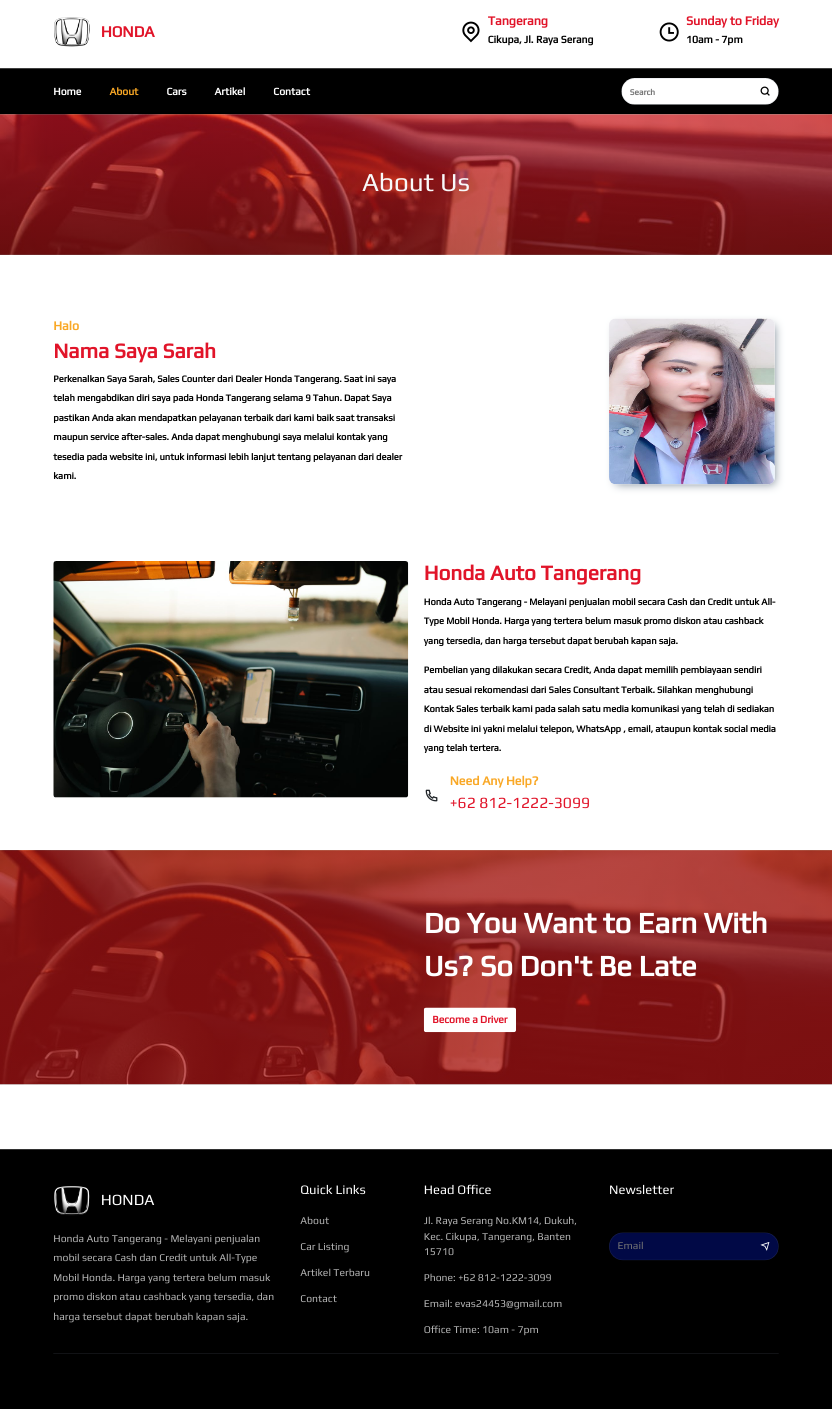
Repository: stevenxylver/Honda
Page: /about
An editor plug-in stored every save of this project. The page is shown before and after the next save, followed by the edit.
The browser window is 1280 px wide. The pictures show the whole page, at 65% of full size.
Pictures or frames that could not be fetched are drawn as grey boxes. The project was rebuilt for these pictures with package versions that can differ from the ones it lists, and the page was loaded fresh each time. Also part of the build but not shown: src/styles/hero-slider.css, src/components/UI/HeroSlider.jsx, src/components/UI/FindCarForm.jsx, src/styles/services-list.css, src/assets/data/serviceData.js, src/components/UI/ServicesList.jsx, src/components/UI/Example.jsx, src/assets/data/carData.js and 22 more.

Above is the page before, as saved 2022-11-20 14:25:01.

After the next save:
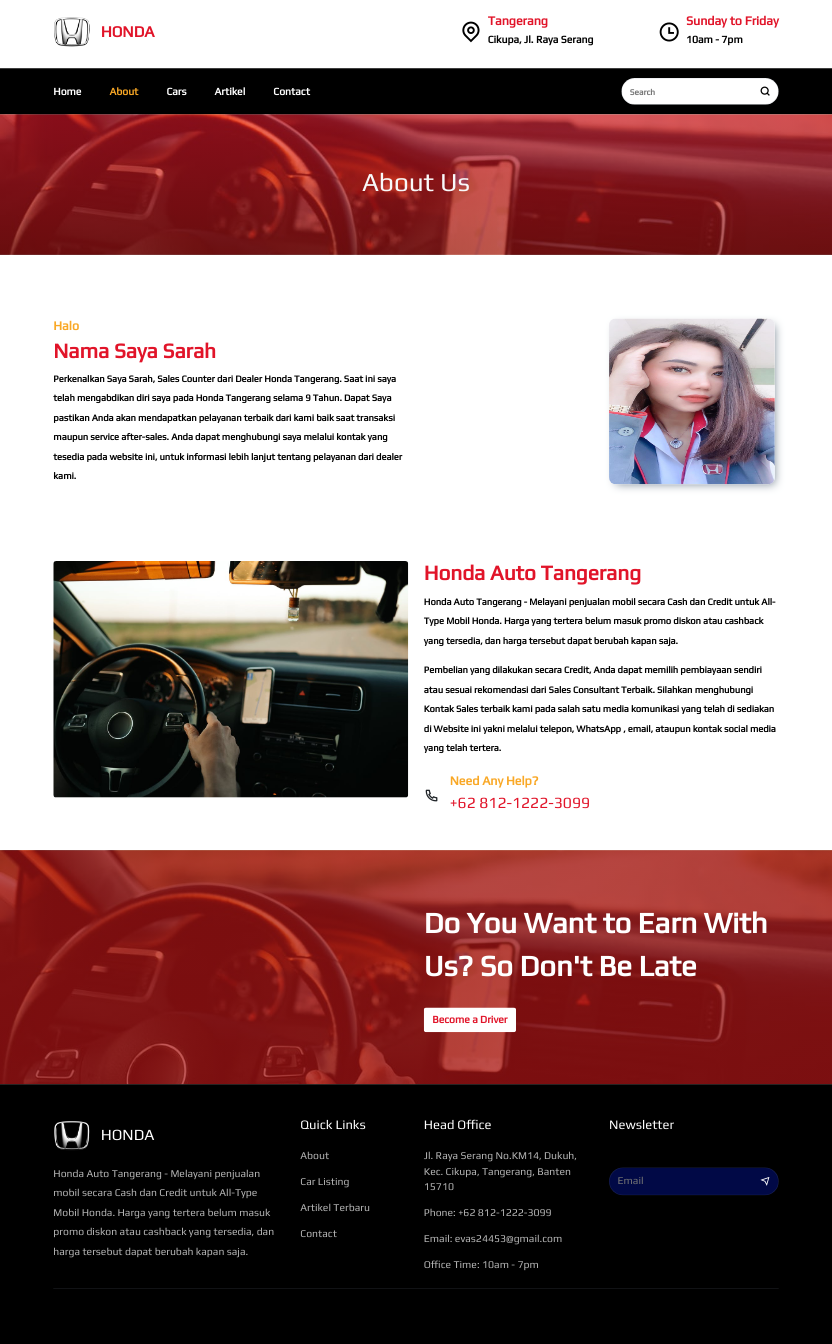
Saved 10 s later.
--- a/src/pages/About.jsx
+++ b/src/pages/About.jsx
@@ -57,8 +57,8 @@
 
       <BecomeDriverSection />
 
-      <section>
-        {/* <Container>
+      {/* <section>
+        <Container>
           <Row>
             <Col lg="12" className="mb-5 text-center">
               <h6 className="section__subtitle">Experts</h6>
@@ -66,8 +66,8 @@
             </Col>
             <OurMembers />
           </Row>
-        </Container> */}
-      </section>
+        </Container>
+      </section> */}
     </Helmet>
   );
 };
